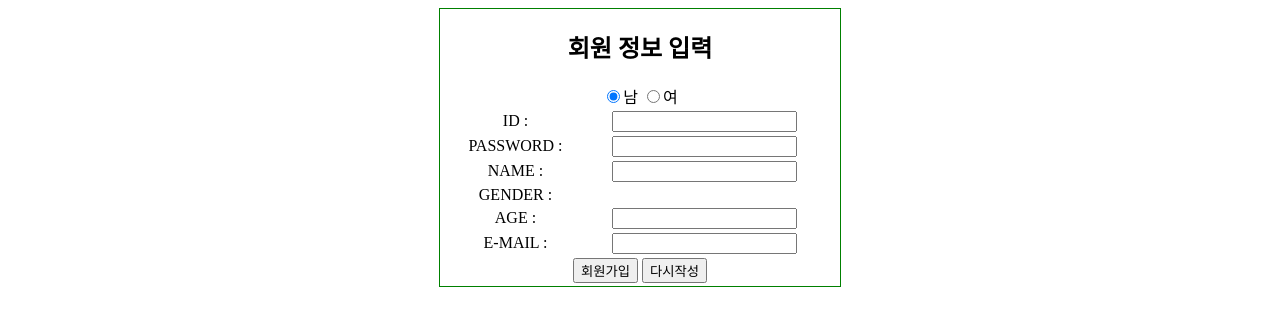
Repository: MaSHwan/JSP_Study
Page: http://localhost/ServletProject/template/join.jsp
An editor plug-in stored every save of this project. The page is shown before and after the next save, followed by the edit.
The browser window is 1280 px wide. The pictures show the whole page.
The page is served by Tomcat 9. Other server files are loaded and not shown.

Above is the page before, as saved 2022-08-08 05:01:53.

### ServletProject/src/main/webapp/template/join.jsp
<%@ page language="java" contentType="text/html; charset=UTF-8"
    pageEncoding="UTF-8"%>
<!DOCTYPE html>
<html>
<head>
<meta charset="UTF-8">
<title>회원가입</title>

<style type="text/css">
	#formArea{
	margin: auto;
	width: 400px;
	border: 1px solid green;
	text-align: center;
	}

	h1{
	text-align: center;
	}

	table{
	width: 380px;
	margin: auto;
	text-align: center;
	}

</style>

</head>
<body>
<section id="formArea">
<h1>회원 정보 입력</h1>
	<form action="joinCheck.jsp" method="post">
		<table>
			<tr>
				<td><label for="id">ID : </label></td>
				<td><input type="text" name="id" id="id"></td>
			</tr>

			<tr>
				<td><label for="pass">PASSWORD : </label></td>
				<td><input type="text" name="pass" id="pass"></td>
			</tr>

			<tr>
				<td><label for="name">NAME : </label></td>
				<td><input type="text" name="name" id="name"></td>
			</tr>

			<tr>
				<td><label for="gender">GENDER : </label></td>
				<input type="radio" name="gender" id="gender" value="1" checked="checked">남
				<input type="radio" name="gender" id="gender" value="2">여
			</tr>

			<tr>
				<td><label for="age">AGE : </label></td>
				<td><input type="text" name="age" id="age"></td>
			</tr>

			<tr>
				<td><label for="email">E-MAIL : </label></td>
				<td><input type="text" name="email" id="email"></td>
			</tr>

			<tr>
				<td colspan="2">
					<input type="submit" value="회원가입">
					<input type="reset" value="다시작성">
				</td>
			</tr>
		</table>
	</form>
</section>
</body>
</html>

After the next save:
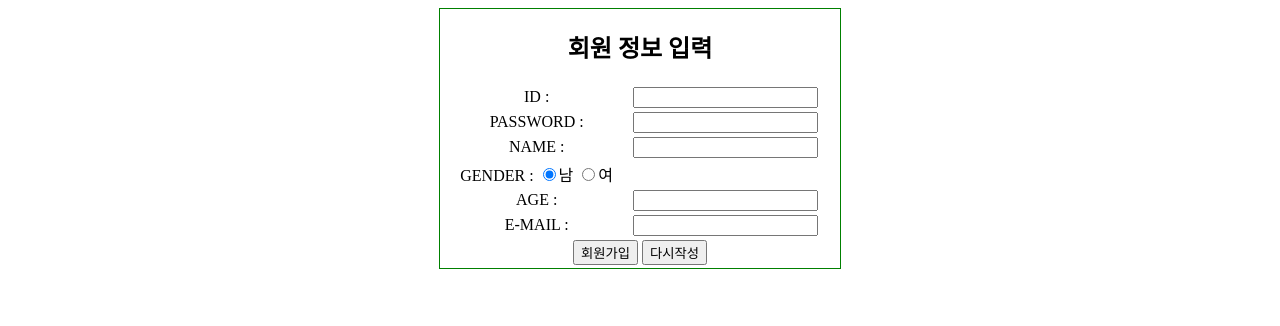
Saved 40 s later.
--- a/ServletProject/src/main/webapp/template/join.jsp
+++ b/ServletProject/src/main/webapp/template/join.jsp
@@ -48,9 +48,10 @@
 			</tr>
 
 			<tr>
-				<td><label for="gender">GENDER : </label></td>
+				<td><label for="gender">GENDER : </label>
 				<input type="radio" name="gender" id="gender" value="1" checked="checked">남
 				<input type="radio" name="gender" id="gender" value="2">여
+				</td>
 			</tr>
 
 			<tr>
